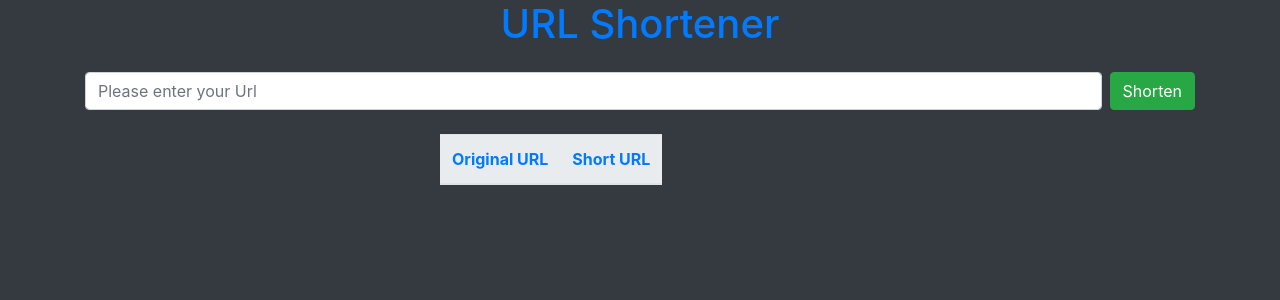
Repository: Art101-ui/Url-shorterner
Page: http://localhost/
These files come from the project's save history. The page is drawn as it stood at one moment and after the next save; the edit follows.
The browser window is 1280 px wide. The pictures show the whole page.
The page is served by the project's Node server (server.js). Queries for data that is not in the repository find no rows.

Above is the page before, as saved 2022-02-24 14:55:49.

After the next save:
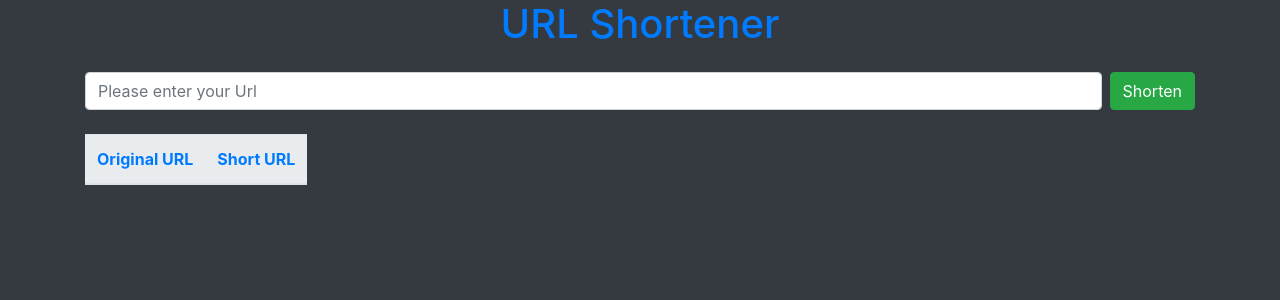
Saved 2 min 8 s later.
--- a/views/index.ejs
+++ b/views/index.ejs
@@ -11,12 +11,6 @@
       crossorigin="anonymous"
     />
     <title>Document</title>
-    <style>
-      .contain {
-        max-width: 400px;
-        margin: auto;
-      }
-    </style>
   </head>
   <body class="bg-dark">
     <div class="container">
@@ -34,24 +28,22 @@
         <button class="btn btn-success" type="submit">Shorten</button>
       </form>
 
-      <div class="contain">
-        <table class="table text-center table-striped table-responsive">
-          <thead class="thead-light">
-            <tr>
-              <th class="text-primary">Original URL</th>
-              <th class="text-primary">Short URL</th>
-            </tr>
-          </thead>
-          <tbody class="thead-light">
-            <% shortUrls.forEach(shortUrl => { %>
-            <tr>
-              <td><a href="<%= shortUrl.full %>"><%= shortUrl.full %></a></td>
-              <td><a href="<%= shortUrl.short %>"><%= shortUrl.short %></a></td>
-            </tr>
-            <% }) %>
-          </tbody>
-        </table>
-      </div>
+      <table class="table text-center table-striped table-responsive">
+        <thead class="thead-light">
+          <tr>
+            <th class="text-primary">Original URL</th>
+            <th class="text-primary">Short URL</th>
+          </tr>
+        </thead>
+        <tbody class="thead-light">
+          <% shortUrls.forEach(shortUrl => { %>
+          <tr>
+            <td><a href="<%= shortUrl.full %>"><%= shortUrl.full %></a></td>
+            <td><a href="<%= shortUrl.short %>"><%= shortUrl.short %></a></td>
+          </tr>
+          <% }) %>
+        </tbody>
+      </table>
     </div>
   </body>
 </html>
